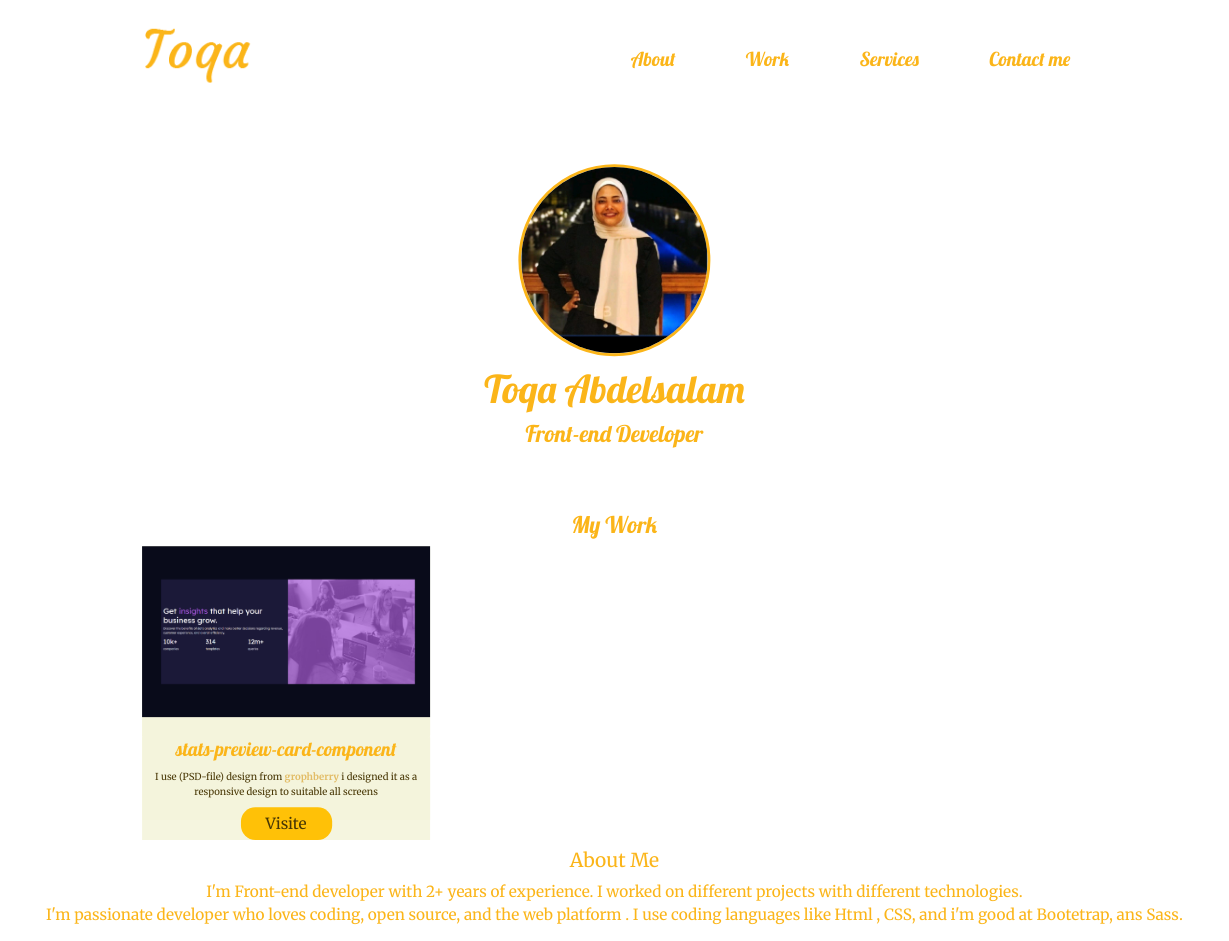
Repository: Toqa-25/portfolio
Page: index.html
These files come from the project's save history. The page is drawn as it stood at one moment and after a run of saves; the edit follows.
The browser window is 1280 px wide. The pictures show the whole page, at 96% of full size.
Some web fonts or font styles are not loaded; a fallback is used.

Above is the page before, as saved 2021-10-31 23:37:55.

After the next 2 saves:
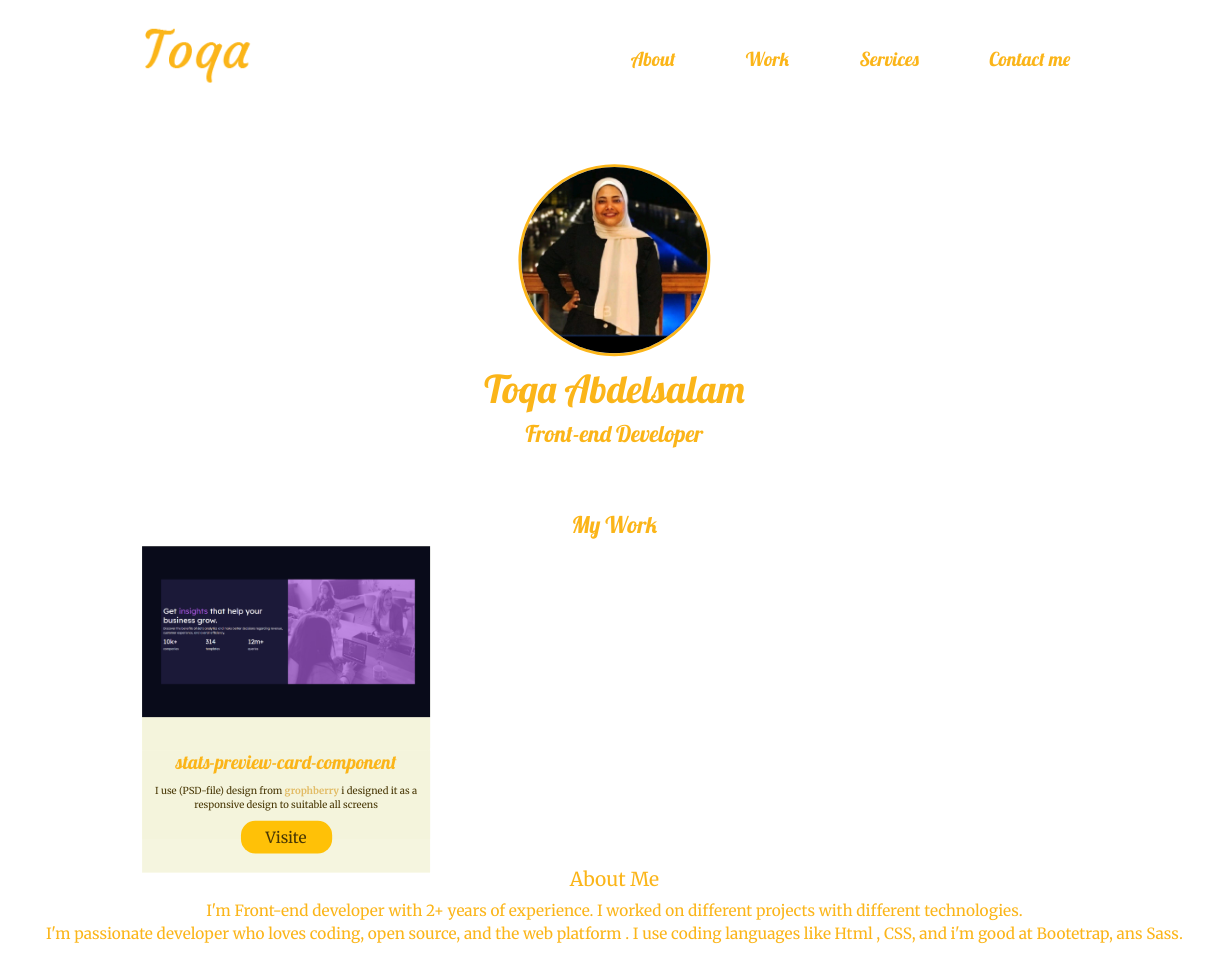
The 2 saves are shown as one change because they came seconds apart.
The last was saved 8 s later.
--- a/css/style.css
+++ b/css/style.css
@@ -185,7 +185,7 @@ body{
      text-align: center;
      width: 100%;
     background-color: #f5f5dce8;
-    pa
+    padding-bottom: 20px;
  }
  .card-title{
  }
